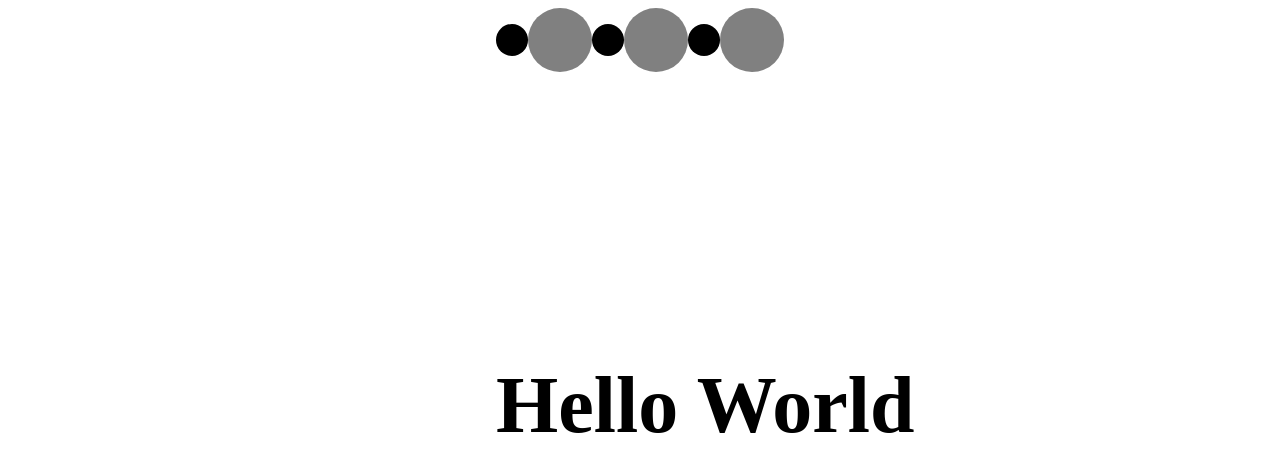
Repository: sarahlochhead/css-demo
Page: index.html
An editor plug-in stored every save of this project. The page is shown before and after a run of saves, followed by the edit.
The browser window is 1280 px wide. The pictures show the whole page.

Above is the page before, as saved 2023-04-28 12:25:06.

### index.html
<!DOCTYPE html>
<html lang="en">
<head>
    <meta charset="UTF-8">
    <meta http-equiv="X-UA-Compatible" content="IE=edge">
    <meta name="viewport" content="width=device-width, initial-scale=1.0">
    <title>Light It Up Demo</title>
    <link rel="stylesheet" href="styles.css">
</head>
<body class="container">
    <header>
        <h1>Hello World</h1>
    </header>
    <div class="row">


    </div>

    <div class="small"></div>
    <div class="medium"></div>
    <div class="small"></div>
    <div class="medium"></div>
    <div class="small"></div>
    <div class="medium"></div>







</body>
</html>

### styles.css
@charset "utf-8";

body {
    display: flex;
    justify-content: center;
    align-items: center;
}

h1 {
    position: absolute;
    top: 50%;
    font-size: 5rem;
    margin: 0 auto;
}

.small {
    height: 2rem;
    width: 2rem;
    border-radius: 100%;
    background-color: black;
}

.medium {
    height: 4rem;
    width: 4rem;
    border-radius: 100%;
    background-color: grey;
}

After the next 3 saves:
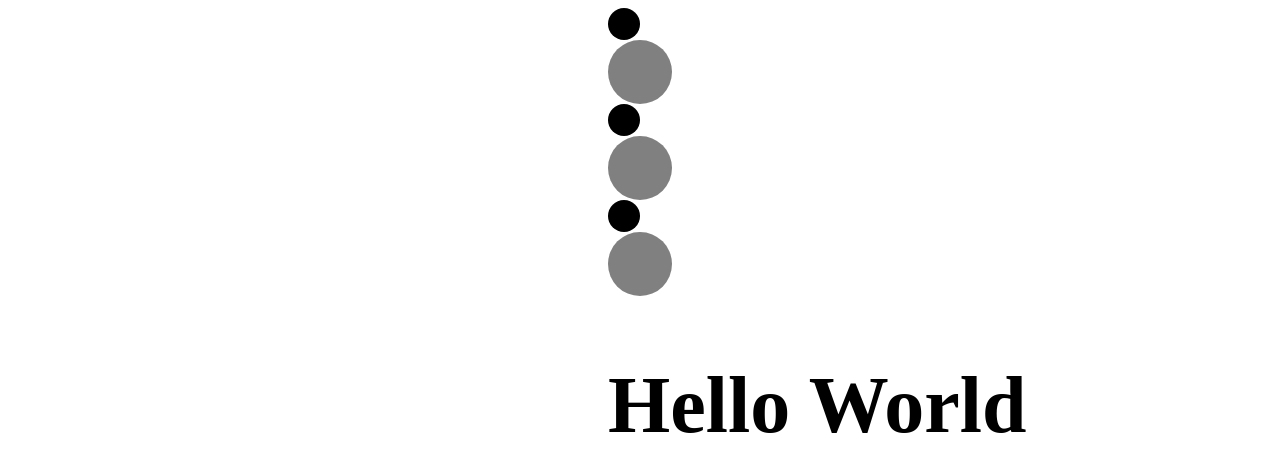
The 3 saves are shown as one change because they came seconds apart.
The last was saved 7 s later.
--- a/index.html
+++ b/index.html
@@ -12,16 +12,15 @@
         <h1>Hello World</h1>
     </header>
     <div class="row">
+        <div class="small"></div>
+        <div class="medium"></div>
+        <div class="small"></div>
+        <div class="medium"></div>
+        <div class="small"></div>
+        <div class="medium"></div>
+    </div>
 
 
-    </div>
-
-    <div class="small"></div>
-    <div class="medium"></div>
-    <div class="small"></div>
-    <div class="medium"></div>
-    <div class="small"></div>
-    <div class="medium"></div>
 
 
 
